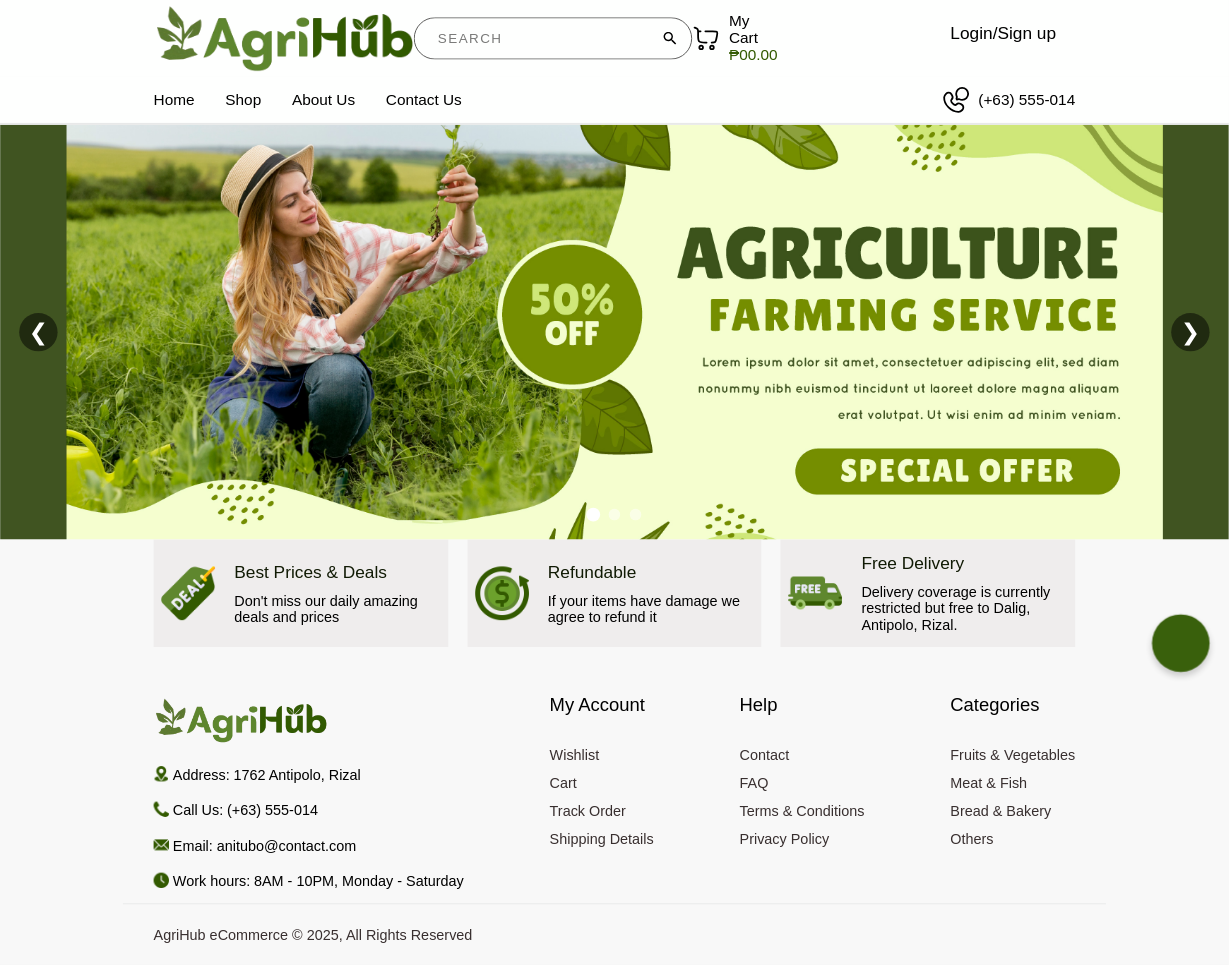
Repository: IamJanC/se2-final-project
Page: http://localhost/
These files come from the project's save history. The page is drawn as it stood at one moment and after the next save; the edit follows.
The browser window is 1280 px wide. The pictures show the whole page, at 96% of full size.
Some web fonts or font styles are not loaded; a fallback is used. The page is served by the project's application, run on Django 5.2 (manage.py). Queries for data that is not in the repository find no rows.

Above is the page before, as saved 2025-08-10 09:55:03.
Console error: SyntaxError: Identifier 'chatLog' has already been declared

After the next save:
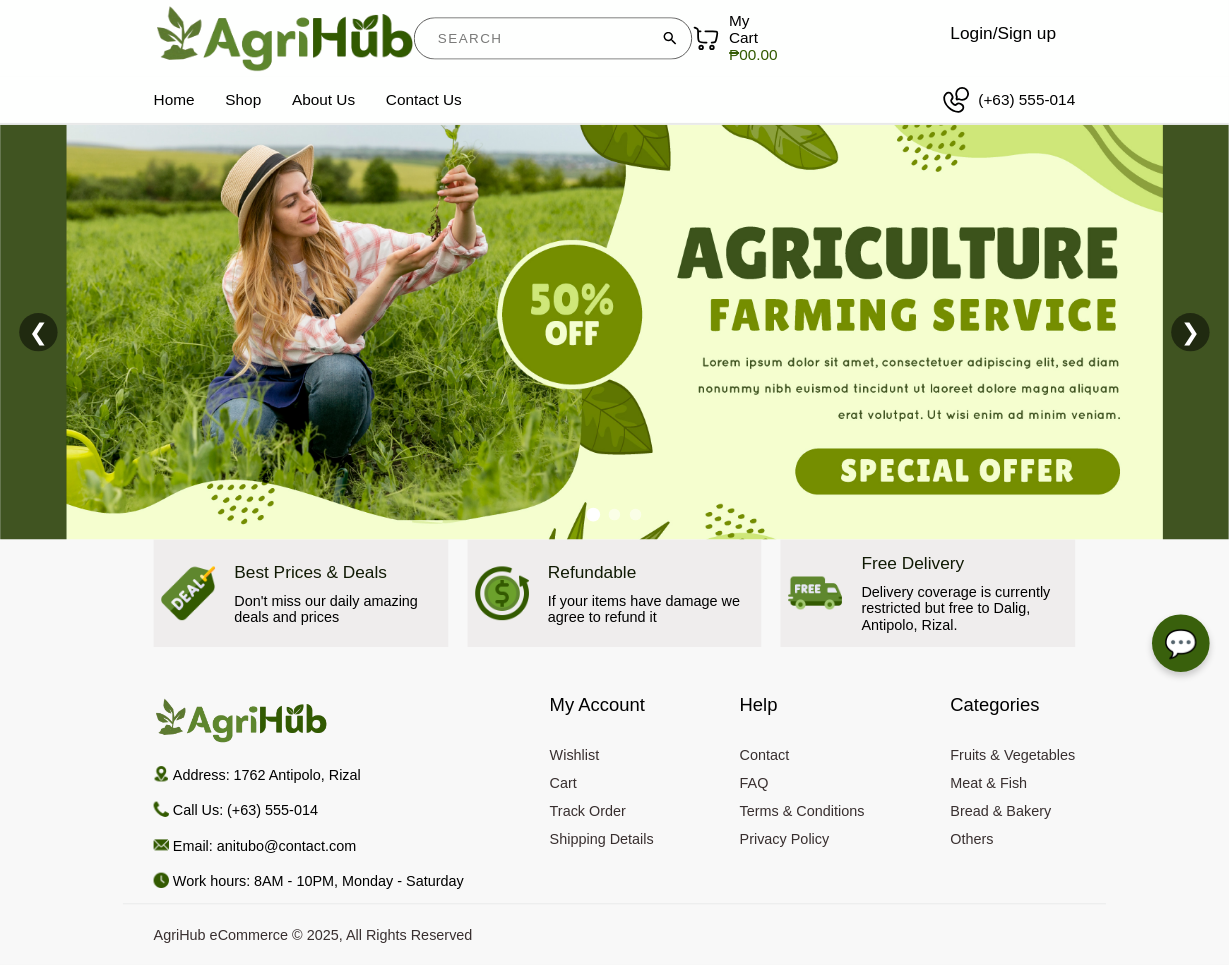
Saved 71 s later.
--- a/templates/shared/chatbot_widget.html
+++ b/templates/shared/chatbot_widget.html
@@ -19,13 +19,14 @@
     box-shadow: 0 4px 8px rgba(0,0,0,0.2);
     transition: transform 0.2s ease;
 ">
+    💬
 </div>
 
 <!-- Chatbot Container -->
 <div id="chatbot-container" style="
     display: none;
     position: fixed;
-    bottom: 90px; /* sits just above icon */
+    bottom: 90px; /* Just above icon */
     right: 20px;
     width: 350px;
     max-height: 500px;
@@ -70,7 +71,7 @@
 <!-- Load chatbot functionality -->
 <script src="{% static 'js/chatbot.js' %}"></script>
 
-<!-- Extra toggle script (optional) -->
+<!-- Extra toggle script -->
 <script>
 document.addEventListener("DOMContentLoaded", function () {
     const chatIcon = document.getElementById("chat-icon");
